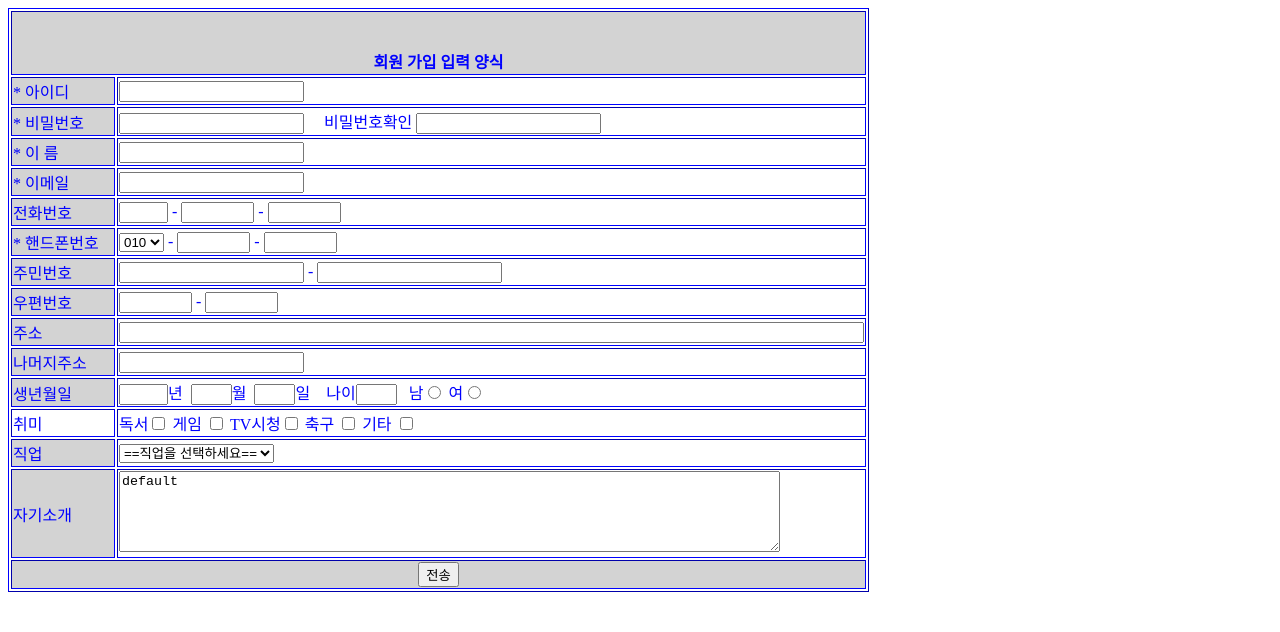
Repository: vkfkstptkd1/WebProgramming
Page: ch3_FormTag/WebContent/In_Form.html
An editor plug-in stored every save of this project. The page is shown before and after a run of saves, followed by the edit.
The browser window is 1280 px wide. The pictures show the whole page.

Above is the page before, as saved 2021-03-20 09:58:56.

### ch3_FormTag/WebContent/In_Form.html
<!DOCTYPE html>
<html>
<head>
<meta charset="EUC-KR">
<title>First Practice : In_ Form</title>
<style type="text/css">
.style1{border-color:blue;color:blue;}
.style0{color:blue;background-color:lightgrey;}
</style>
</head>
<body>
<form action= "In_Form_ok.jsp" name="In_Form_html" method="post">
	<table class="style1" border="1">
	<tr><th class="style0" colspan=2><br><br>회원 가입 입력 양식</th></tr><!--표제목  -->
	<tr><td class="style0" width= "100"> * 아이디</td>
		<td width="500"> <input type="text" name="id"></td>
	</tr>
	<tr><td class="style0"> * 비밀번호</td>
		<td class="style1"> <input type="text" name="pwd"> &nbsp;&nbsp;&nbsp;&nbsp;비밀번호확인 <input type="text" name="pwdok">
		</td>
	</tr>
	<tr><td class="style0"> * 이 름</td>
		<td class="style1"> <input type="text" name="name"></td>
	</tr>
	<tr><td class="style0"> * 이메일</td>
		<td class="style1"> <input type="text" name="email"></td>
	</tr>
	<tr><td class="style0"> 전화번호</td>
		<td class="style1">
			<input type="text" name="homenumber1" size=3>
			-
			<input type="text" name="homenumber2" size=6>
			-
			<input type="text" name="homenumber3" size=6>
		</td>
	</tr>
	<tr><td class="style0"> * 핸드폰번호</td>
		<td class="style1">
		<SELECT NAME="phonenumber1">
		<OPTION VALUE="010">010</OPTION>
		<OPTION VALUE="011">011</OPTION>
		<OPTION VALUE="012">012</OPTION>
		</SELECT>
		-
		<input type="text" name="phonenumber2" size=6>
		-
		<input type="text" name="phonenumber3" size=6>
		</td>
	</tr>
	<tr><td class="style0"> 주민번호</td>
		<td class="style1">
			 <input type="text" name="ssn1">
			 -
			 <input type="text" name="ssn2">
		</td>
	</tr>
	<tr><td class="style0"> 우편번호</td>
		<td class="style1">
			 <input type="text" name="pn1" size=6>
			 -
			 <input type="text" name="pn2" size=6></td>
	</tr>
	<tr><td class="style0"> 주소</td>
		<td class="style1"> <input type="text" name="ad" size=90 ></td>
	</tr>
	<tr><td class="style0"> 나머지주소</td>
		<td class="style1"> <input type="text" name="remainderad"></td>
	</tr>
	<tr><td class="style0"> 생년월일</td>
		<td> <input type="text" name="year" size=3>년&nbsp;
			 <input type="text" name="month" size=2>월&nbsp;
			 <input type="text" name="day" size=2>일&nbsp;&nbsp;&nbsp;
			 나이<input type="text" name="age" size=2>&nbsp;&nbsp;
			 남<input type="radio" name="gender" value="남">
			 여<input type="radio" name="gender" value="여">
		</td>
	</tr>
	<tr><td class="style1"> 취미</td>
		<td class="style1">
			 독서<input type="checkbox" name="hobby" value="독서">
			 게임	<input type="checkbox" name="hobby" value="게임">
		   TV시청<input type="checkbox" name="hobby" value="TV시청">
			 축구	<input type="checkbox" name="hobby" value="축구">
			 기타	<input type="checkbox" name="hobby" value="기타">
		</td>
	</tr>
	<tr><td class="style0"> 직업</td>
		<td >
		<SELECT NAME="job">
         <OPTION VALUE="">==직업을 선택하세요==</OPTION>
         <OPTION VALUE="학생">학생</OPTION>
         <OPTION VALUE="회사원">회사원</OPTION>
         <OPTION VALUE="군인">군인</OPTION>
         <OPTION VALUE="기타">기타</OPTION>
	    </SELECT>
	    </td>
	</tr>
	<tr><td class="style0"> 자기소개</td>
		<td class="style1">
		<textarea name="intro" rows=5 cols=80 >default</textarea>
		</td>
	</tr>
	<tr>
		<td class="style0" colspan="2"><center><input type="submit" value="전송" ></center></td>
	</tr>
	</table>
</form>
</body>
</html>

After the next 2 saves:
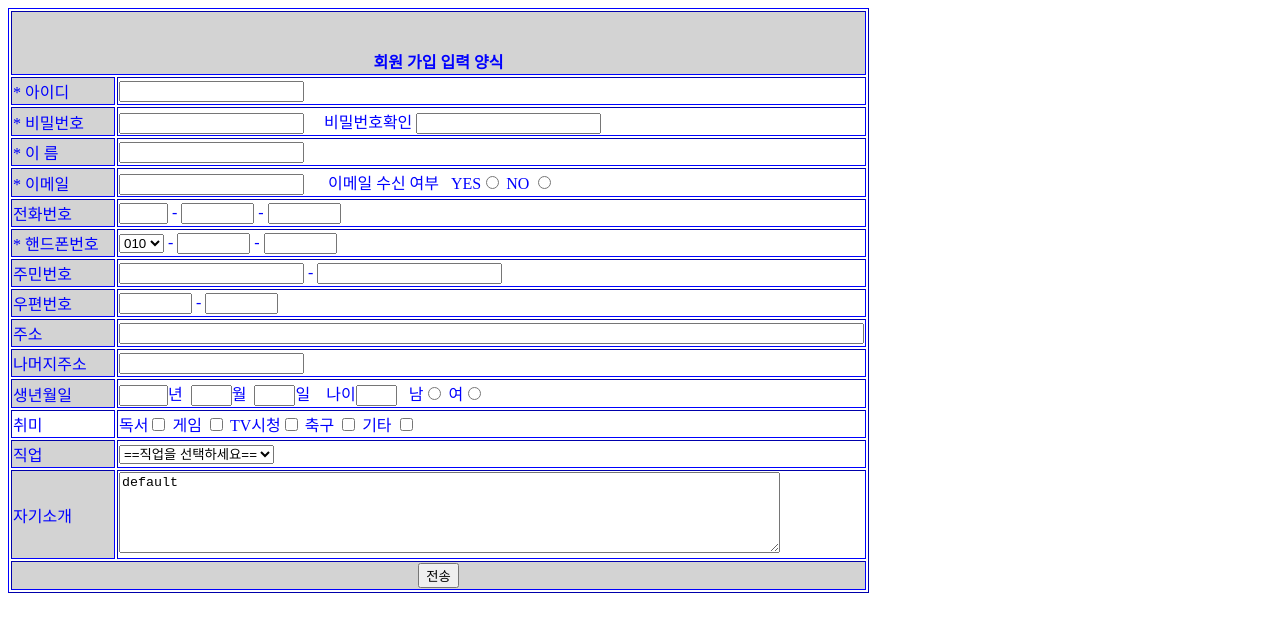
The 2 saves are shown as one change because they came seconds apart.
The last was saved 6 min 55 s later.
--- a/ch3_FormTag/WebContent/In_Form.html
+++ b/ch3_FormTag/WebContent/In_Form.html
@@ -23,7 +23,12 @@
 		<td class="style1"> <input type="text" name="name"></td>
 	</tr>
 	<tr><td class="style0"> * 이메일</td>
-		<td class="style1"> <input type="text" name="email"></td>
+		<td class="style1">
+		<input type="text" name="email"> &nbsp;&nbsp;&nbsp;&nbsp;
+		이메일 수신 여부 &nbsp;
+		YES<input type="radio" name="emailcheck" value="Y">
+		NO <input type="radio" name="emailcheck" value="N">
+		</td>
 	</tr>
 	<tr><td class="style0"> 전화번호</td>
 		<td class="style1">
